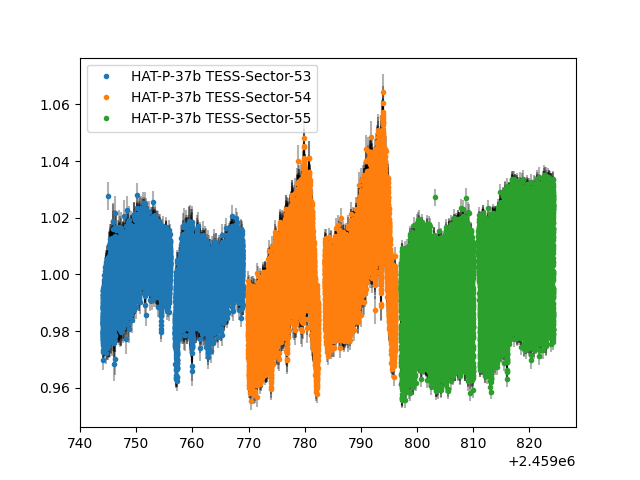
Repository: BoiseStatePlanetary/HAT-P-37-Transit-Timing-Analysis
Script's output: python code/tess_fitting.py
The author's editor kept a copy of each file at every save. The script's output is drawn from the files as they stood at one save, then again after a run of saves.
Random numbers start from a fixed seed.

Above is the script's output before, as saved 2025-04-04 19:07:31.

After the next 4 saves:
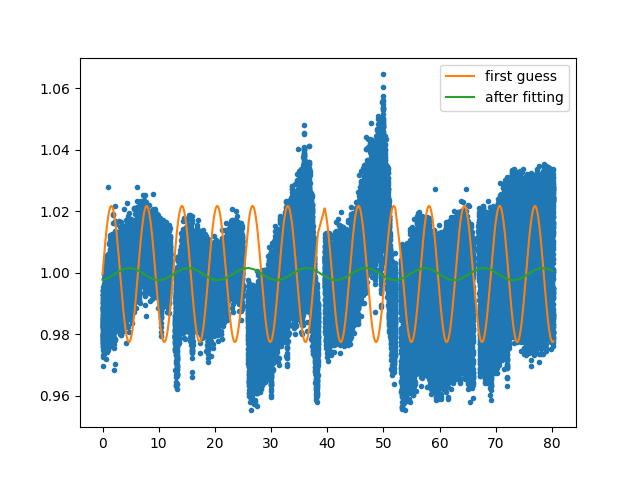
The 4 saves are shown as one change because 1 did not build or start and some came seconds apart.
The last was saved 21 s later.
--- a/code/tess_fitting.py
+++ b/code/tess_fitting.py
@@ -12,10 +12,10 @@ def read_data_file(file_name):
     # correct time from BTJD to BJD
     tess_zero_time = 2457000.
     bjd_tdb = tess_zero_time + phot_data[:,0]
-    # return np.column_stack((bjd_tdb, phot_data[:, 1], phot_data[:, 2]))
-    return {"BJD_TDB" : bjd_tdb,
-            "flux" : phot_data[:, 1],
-            "error" : phot_data[:, 2]}
+    return np.column_stack((bjd_tdb, phot_data[:, 1], phot_data[:, 2]))
+    # return {"BJD_TDB" : bjd_tdb,
+    #         "flux" : phot_data[:, 1],
+    #         "error" : phot_data[:, 2]}
 
 def plot_data(file_name, color_dict):
     photdata = read_data_file(file_name)
@@ -73,10 +73,10 @@ if __name__ == "__main__":
     name_54 = "code/HAT-P-37b/TESS/folded_before_smoothing_HAT-P-37b_TESS-Sector-54.tsv"
     name_55 = "code/HAT-P-37b/TESS/folded_before_smoothing_HAT-P-37b_TESS-Sector-55.tsv"
     file_list = [name_53, name_54, name_55]
-    # combine_data_and_fit(file_list)
+    combine_data_and_fit(file_list)
 
-    plot_data(name_53, color_dict)
-    plot_data(name_54, color_dict)
-    plot_data(name_55, color_dict)
-    plt.legend()
-    plt.show()
+    # plot_data(name_53, color_dict)
+    # plot_data(name_54, color_dict)
+    # plot_data(name_55, color_dict)
+    # plt.legend()
+    # plt.show()
